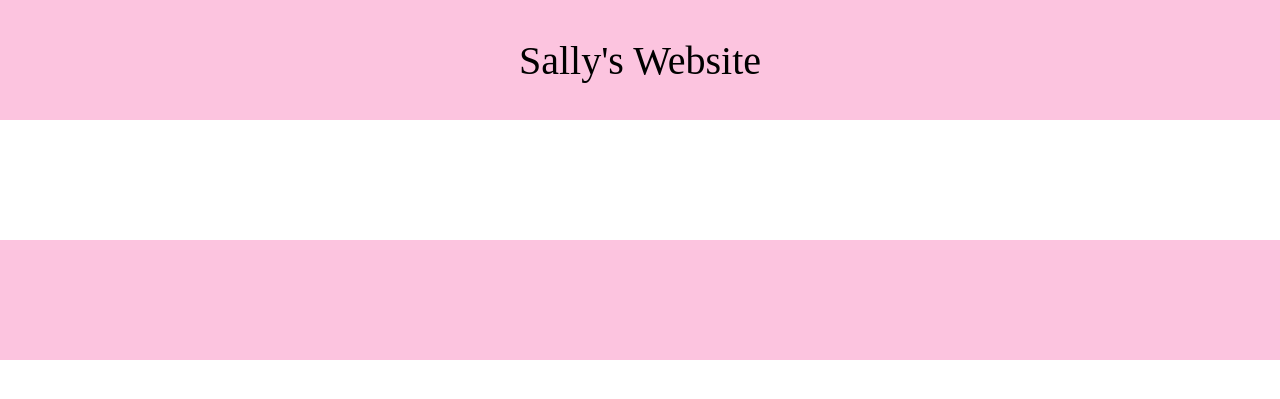
Repository: tianjiewang2022/tianjiewang2022.github.io
Page: index.html
An editor plug-in stored every save of this project. The page is shown before and after the next save, followed by the edit.
The browser window is 1280 px wide. The pictures show the whole page.

Above is the page before, as saved 2023-10-02 20:56:39.

### index.html
<!DOCTYPE html>
<html lang="en">

    <head>
        <meta charset="UTF-8">
        <meta name="viewport" content="width=device-width, initial-scale=1.0">
        <title>Sally's Webpage</title>
        <style>
            body {
                margin: 0;
                padding: 0;
                display: grid;
                grid-template-rows: repeat(6, 1fr);
                grid-template-columns: repeat(6, 1fr);
                height: 100vh;
            }

            header {
                background-color: rgb(252, 196, 223);
                color: rgb(0, 0, 0);
                grid-column: 1 / span 6;
                display: flex;
                justify-content: center;
                align-items: center;
                font-size: 40px;
                z-index: 100;
            }

            .left_bar {
                background-color: rgb(252, 196, 223);
                grid-row: 2 / span 4;
                grid-column: 1 / span 1;
                position: fixed;
            }

            .main_area {
                background-color: rgb(252, 196, 223);
                grid-row: 2 / span 4;
                grid-column: 2 / span 4;
                display: flex;
                justify-content: center;
                align-items: center;
                position: relative;
            }

            .right_bar {
                background-color: rgb(252, 196, 223);
                grid-row: 2 / span 4;
                grid-column: 6 / span 1;
                position: fixed;
            }

            footer {
                background-color: rgb(252, 196, 223);
                grid-column: 1 / span 6;
                display: flex;
                justify-content: center;
                align-items: center;
                z-index: 100;
            }
        </style>
    </head>

    <body>
        <header>
            Sally's Website
        </header>
        <div>
            <!-- Your content goes here -->
            <span class="left_bar"></span>
            <span class="main_area"></span>
            <span class="right_bar"></span>
        </div>
        <footer></footer>
    </body>

</html>

After the next save:
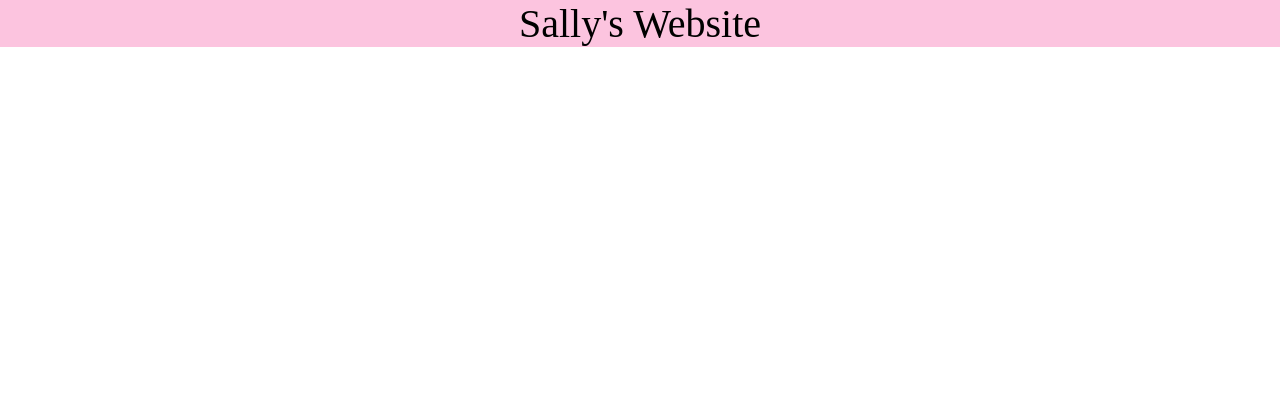
Saved 6 min 48 s later.
--- a/index.html
+++ b/index.html
@@ -10,7 +10,8 @@
                 margin: 0;
                 padding: 0;
                 display: grid;
-                grid-template-rows: repeat(6, 1fr);
+                grid-template-rows: auto 1fr auto;
+                /* Header, Content, Footer */
                 grid-template-columns: repeat(6, 1fr);
                 height: 100vh;
             }

After the save that followed:
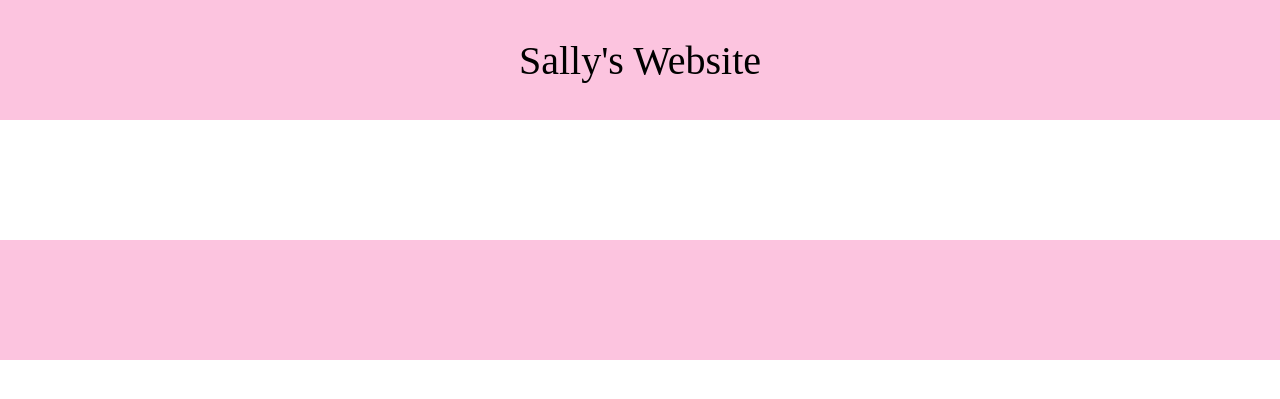
Saved 2 min 8 s later.
--- a/index.html
+++ b/index.html
@@ -10,8 +10,7 @@
                 margin: 0;
                 padding: 0;
                 display: grid;
-                grid-template-rows: auto 1fr auto;
-                /* Header, Content, Footer */
+                grid-template-rows: repeat(6, 1fr);
                 grid-template-columns: repeat(6, 1fr);
                 height: 100vh;
             }
